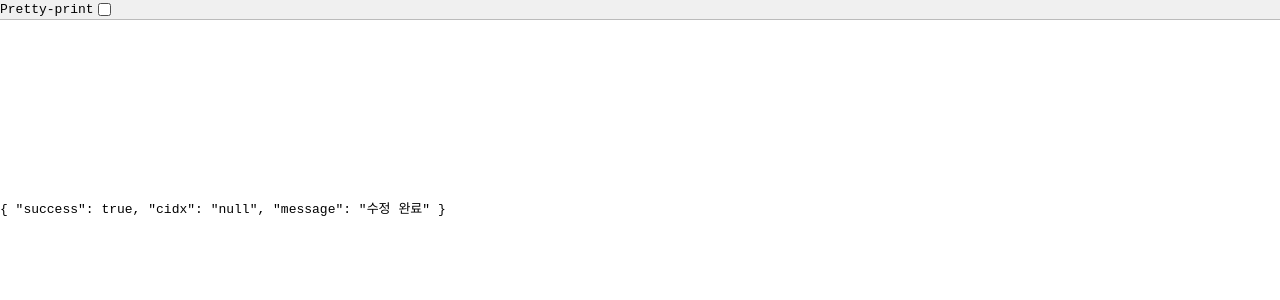
Repository: 1plus1equals3-true/Board-Project
Page: http://localhost/jsp/board_proc/comment_modify.jsp
An editor plug-in stored every save of this project. The page is shown before and after the next save, followed by the edit.
The browser window is 1280 px wide. The pictures show the whole page.
The page is served by Tomcat 9.

Above is the page before, as saved 2025-09-18 06:16:48.

After the next save:
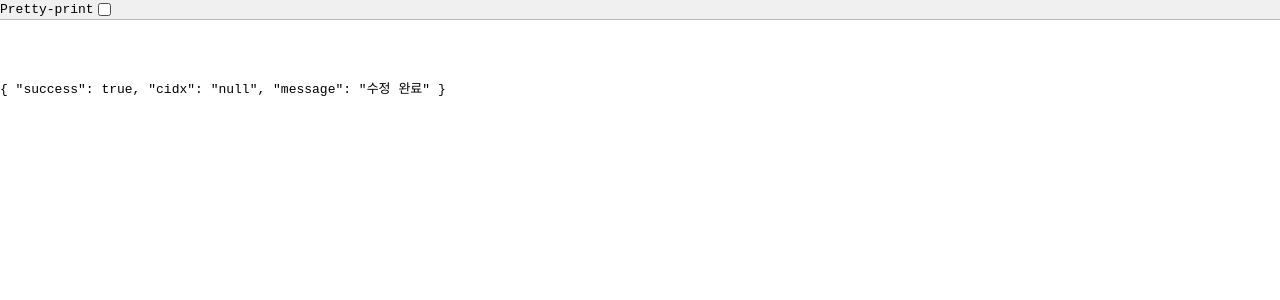
Saved 2 min 45 s later.
--- a/jsp/src/main/webapp/board_proc/comment_modify.jsp
+++ b/jsp/src/main/webapp/board_proc/comment_modify.jsp
@@ -1,11 +1,3 @@
-<%@page import="java.util.Enumeration"%>
-<%@page import="com.oreilly.servlet.multipart.DefaultFileRenamePolicy"%>
-<%@page import="com.oreilly.servlet.MultipartRequest"%>
-<%@page import="java.io.File"%>
-<%@ page import="java.util.Date" %>
-<%@ page import="java.text.SimpleDateFormat" %>
-<%@ page import="java.io.IOException"%>
-<%@ page import="java.nio.file.*"%>
 <%@ page language="java" contentType="application/json; charset=UTF-8"
     pageEncoding="UTF-8"%>
 <%@ page import="java.sql.*" %>
